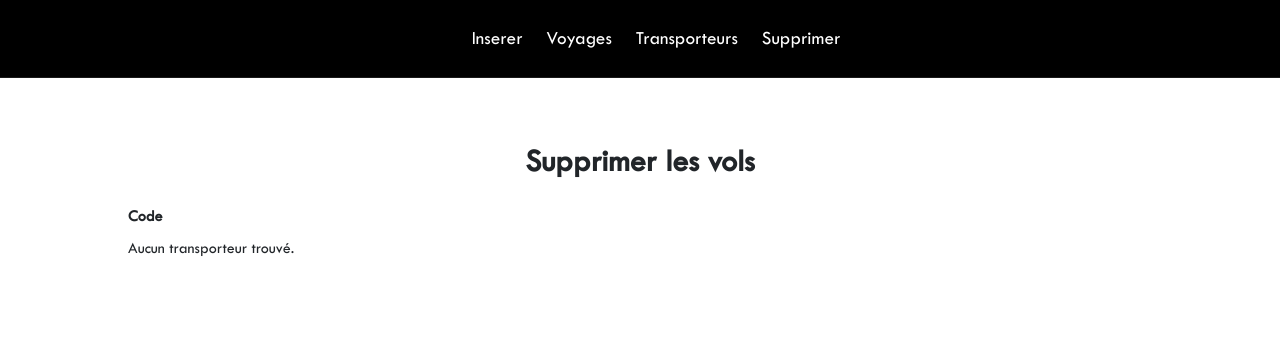
Repository: padevft/examen1-php
Page: http://localhost/server/pages/supprimerVols.php
The author's editor kept a copy of each file at every save. The page is drawn from the files as they stood at one save, then again after the next save.
The browser window is 1280 px wide. The pictures show the whole page.
The page is run by PHP 8.4 with error messages shown; the project is at /var/www/html/.

Above is the page before, as saved 2023-10-11 00:31:53.

After the next save:
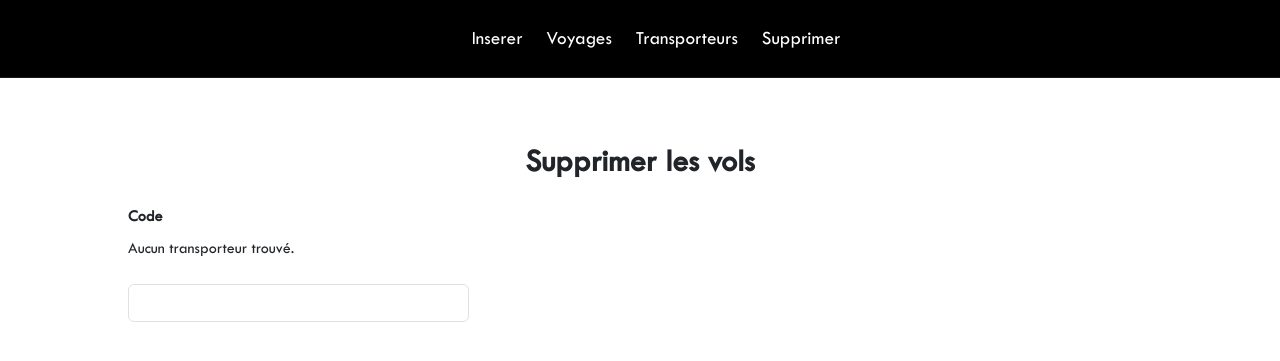
Saved 23 s later.
--- a/server/pages/supprimerVols.php
+++ b/server/pages/supprimerVols.php
@@ -50,6 +50,9 @@
                 echo "<p>Aucun transporteur trouvé.</p>";
             }
         ?>
+        <select name="code" id="code" required class="form-control fw-semibold" placeholder="Code">
+
+        </select>
 
     </div>
 
